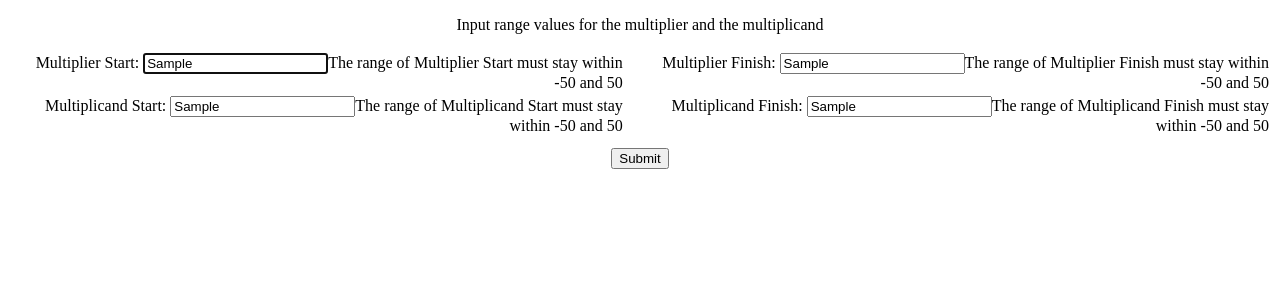
Repository: khrasna/HW4Part2
Page: index.html
The author's editor kept a copy of each file at every save. The page is drawn from the files as they stood at one save, then again after the next save.
The browser window is 1280 px wide. The pictures show the whole page.
Empty fields were first filled with sample values (such as "Sample", 5 or name@example.com).
After loading, the first visible `#FormInput > input` was clicked once.

Above is the page before, as saved 2021-11-12 16:19:50.

After the next save:
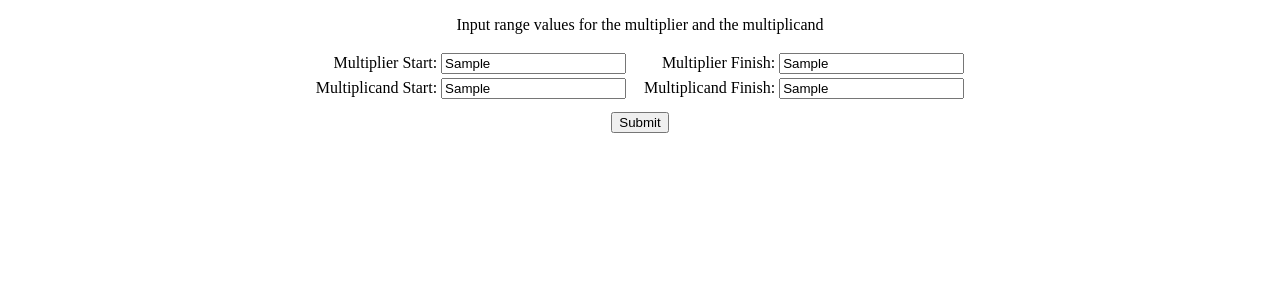
Console error (its wording comes from the project's code and is left out).
Saved 86 s later.
--- a/formvalidate.js
+++ b/formvalidate.js
@@ -49,7 +49,9 @@
             },
 
             errorPlacement: function (error, element) {
-                element.after(error);
+                if (element.is(":form")) {
+                    error.appendTo('#FormInput');
+                }
             }
         });
     });

After the 3 saves that followed:
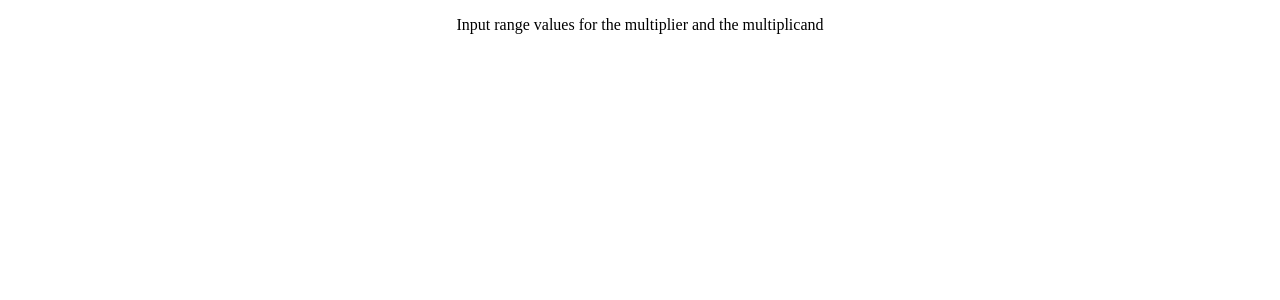
The error is gone.
The 3 saves are shown as one change because 2 left the picture as it was.
The last was saved 6 min 35 s later.
--- a/formvalidate.js
+++ b/formvalidate.js
@@ -49,9 +49,7 @@
             },
 
             errorPlacement: function (error, element) {
-                if (element.is(":form")) {
-                    error.appendTo('#FormInput');
-                }
+                error.append($('#FormInput'));
             }
         });
     });
